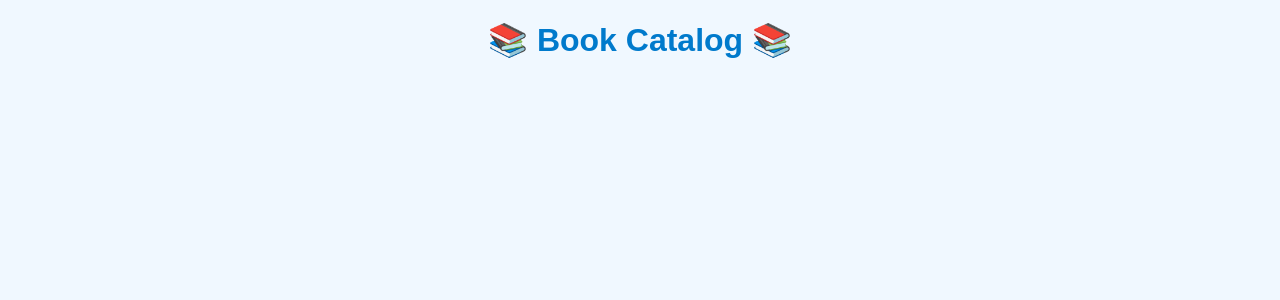
Repository: kaitlynlew/Book-Catalog
Page: /
An editor plug-in stored every save of this project. The page is shown before and after a run of saves, followed by the edit.
The browser window is 1280 px wide. The pictures show the whole page.
The project was rebuilt for these pictures with package versions that can differ from the ones it lists, and the page was loaded fresh each time. Also part of the build but not shown: vite.config.js.

Above is the page before, as saved 2025-09-14 00:08:09.

### index.html
<!doctype html>
<html lang="en">

<head>
  <meta charset="UTF-8" />
  <meta name="viewport" content="width=device-width, initial-scale=1.0" />
  <title>📚 Book Catalog</title>
</head>

<body>
  <div id="root"></div>
  <script type="module" src="/src/main.jsx"></script>
</body>

</html>

### src/App.jsx

function App() {
  return <h1>📚 Book Catalog 📚</h1>;
}

export default App;

### src/App.css
/* index.css */
body {
  background-color: #f0f8ff;
  font-family: sans-serif;
}

h1 {
  color: #007acc;
  text-align: center;
fill: #007acc;
}

Loaded but not shown: src/main.jsx (common file)

After the next 2 saves:
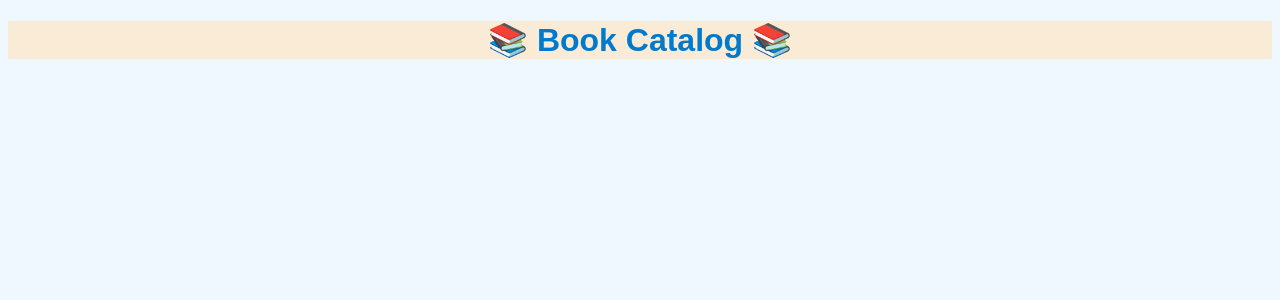
The 2 saves are shown as one change because they came seconds apart.
The last was saved 13 s later.
--- a/src/App.css
+++ b/src/App.css
@@ -7,5 +7,5 @@ body {
 h1 {
   color: #007acc;
   text-align: center;
-fill: #007acc;
+background-color: antiquewhite;
 }
